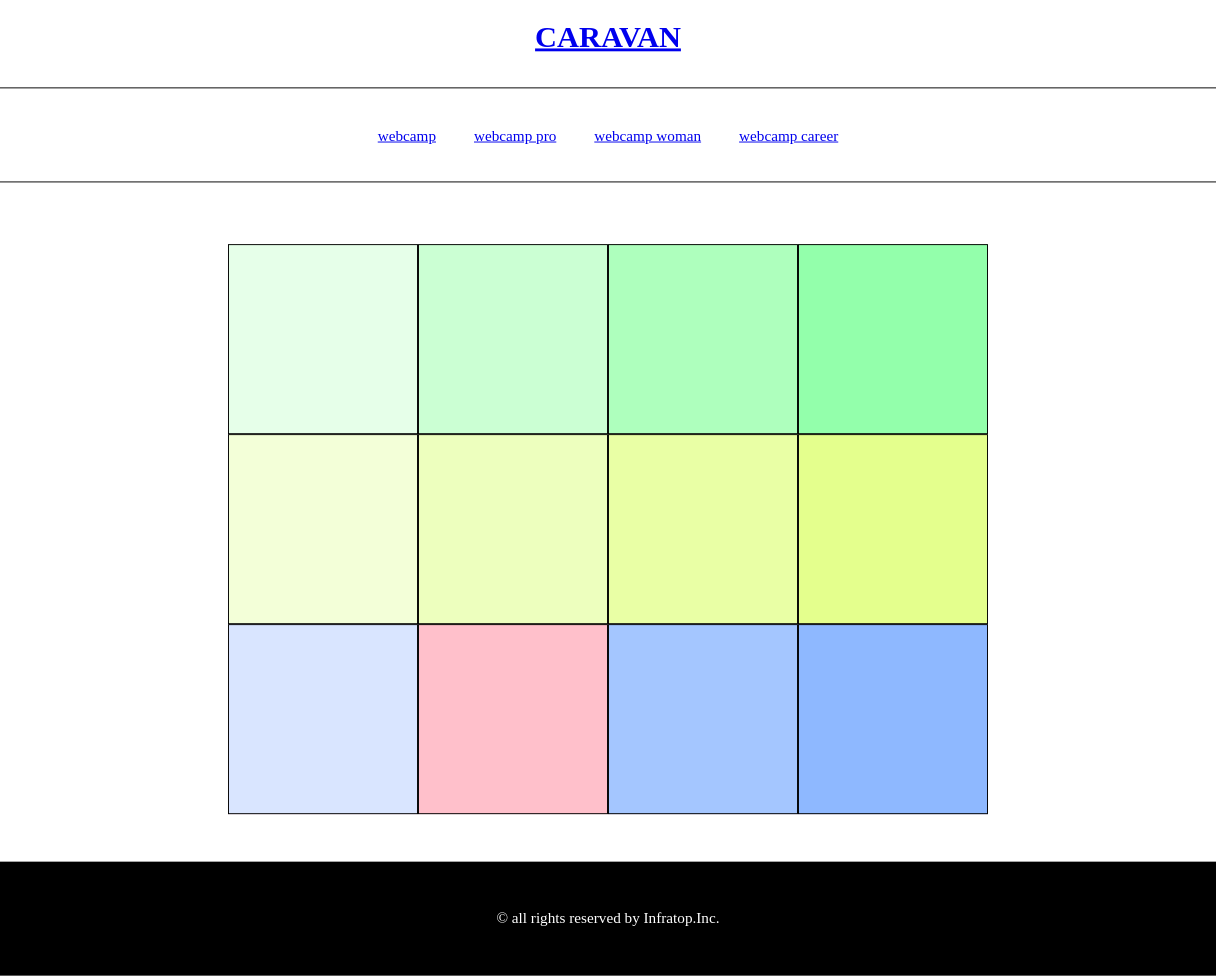
Repository: yukito7878/HTML-CSS-practice
Page: caravan/index5.html
The author's editor kept a record of every edit. The page is drawn from the files as they stood at one moment, then again after the next edit.
The browser window is 1280 px wide. The pictures show the whole page, at 95% of full size.

Above is the page before.

### caravan/index5.html
<html lang="ja">
  <head>
    <meta charset="UTF-8" />
    <!-- CSSファイルの読み込み -->
    <link rel="stylesheet" href="style5.css" />
    <title>CARAVAN</title>
  </head>

  <body>
    <!-- header用のdiv -->
    <div class="header">
      <h1><a href="#">CARAVAN</a></h1>
      <nav>
        <ul>
          <li><a href="#">webcamp</a></li>
          <li><a href="#">webcamp pro</a></li>
          <li><a href="#">webcamp woman</a></li>
          <li><a href="#">webcamp career</a></li>
        </ul>
      </nav>
    </div>

    <!-- main-visual用のdiv -->
    <div class="main-visual"></div>

    <div class="main">
      <div class="row">
        <div class="row0column0"></div>
        <div class="row0column1"></div>
        <div class="row0column2"></div>
        <div class="row0column3"></div>
      </div>
      <div class="row">
        <div class="row1column0"></div>
        <div class="row1column1"></div>
        <div class="row1column2"></div>
        <div class="row1column3"></div>
      </div>
      <div class="row">
        <div class="row2column0"></div>
        <div class="row2column1"></div>
        <div class="row2column2"></div>
        <div class="row2column3"></div>
      </div>
    </div>

    <footer class="footer">
      <a href="https://infratop.jp">© all rights reserved by Infratop.Inc. </a>
    </footer>

  </body>
</html>

### caravan/style5.css

*{
  margin: 0;
  padding: 0;
  box-sizing: border-box;
}

.header{
  display: flex;
  justify-content: center;
  flex-direction: column;
  margin: 0 auto;
}

.header h1{
  font-size: 32px;
  display: flex;
  justify-content: center;
  margin: 20px 0;
}

.header ul{
  display: flex;
  justify-content: center;
  text-align: center;
  margin: 15px 0;
  border-bottom: 1px solid black;
  border-top: 1px solid black;
  height: 100px;
  line-height: 100px
}

.header ul li{
  display: inline-block;
  margin: 0 20px;
  list-style: none;
}

.main{
  width: 800px;
  margin: 50px auto;
}

.row{
  height: 200px;
  width: 800px;
  background-color: pink;
  display: flex;
  justify-content: center;
}

.row div{
  height: 200px;
  width: 200px;
  border: 1px solid black;
}

.row0column0{
  background-color: #e6ffe9;
}
.row0column1{
  background-color: #cbffd3;
}
.row0column2{
  background-color: #aeffbd;
}
.row0column3{
  background-color: #93ffab;
}
.row1column0{
  background-color: #f3ffd8;
}
.row1column1{
  background-color: #edffbe;
}
.row1column2{
  background-color: #e9ffa5;
}
.row1column3{
  background-color: #e4ff8d;
}
.row2column0{
  background-color: #d9e5ff;
}
.row2olumn1{
  background-color: #bad3ff;
}
.row2column2{
  background-color: #a4c6ff;
}
.row2column3{
  background-color: #8eb8ff;
}


.footer{
  display: flex;
  height: 120px;
  line-height: 120px;
  justify-content: center;
  text-align: center;
  background-color: black;
}

.footer a{
  text-decoration: none;
  color: white;
}

After the next edit:
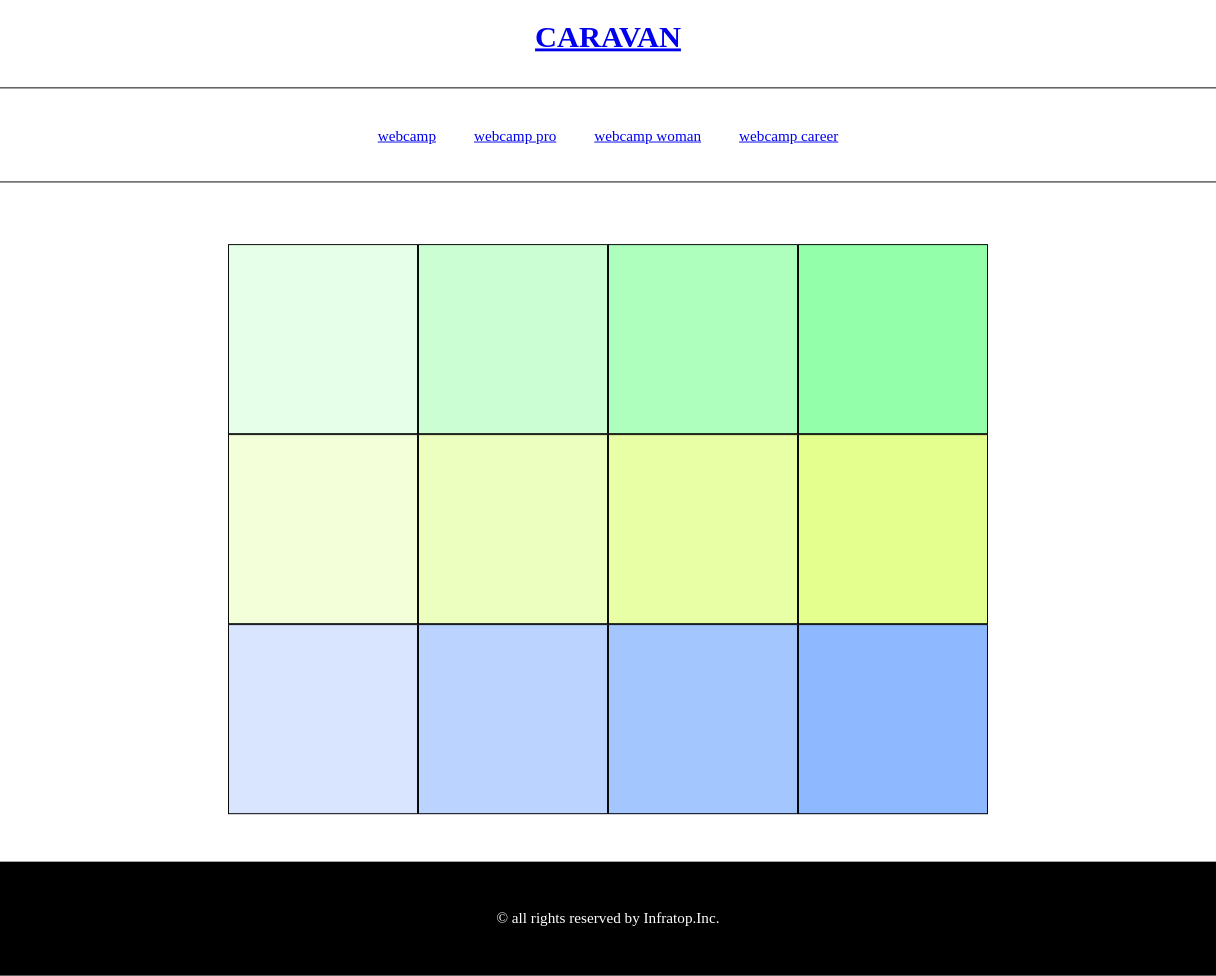
The edit:
--- a/caravan/style5.css
+++ b/caravan/style5.css
@@ -82,7 +82,7 @@
 .row2column0{
   background-color: #d9e5ff;
 }
-.row2olumn1{
+.row2column1{
   background-color: #bad3ff;
 }
 .row2column2{
